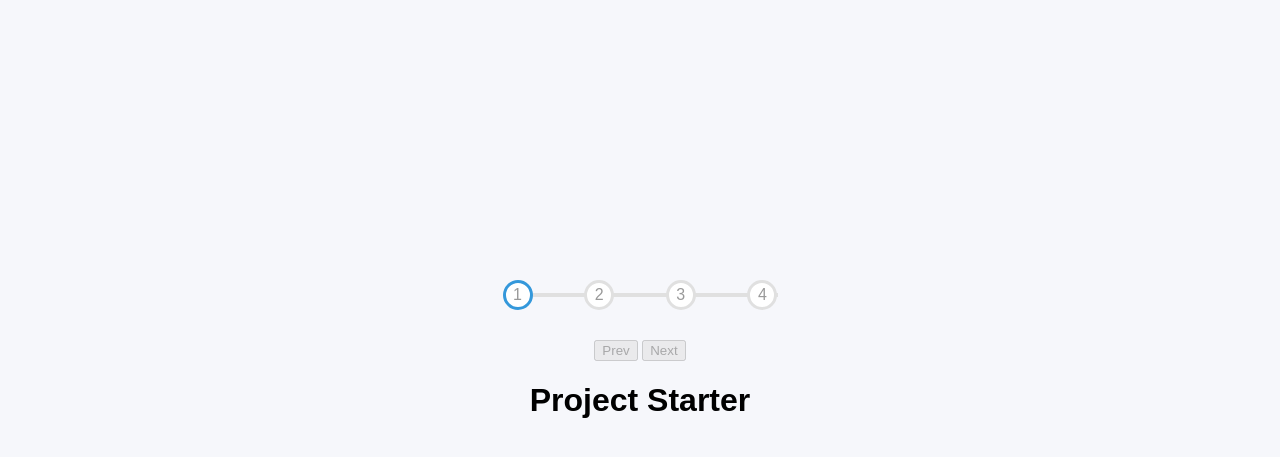
Repository: Williamlmachado/Progress-steps
Page: index.html
These files come from the project's save history. The page is drawn as it stood at one moment and after the next save; the edit follows.
The browser window is 1280 px wide. The pictures show the whole page.
Some web fonts or font styles are not loaded; a fallback is used.

Above is the page before, as saved 2021-08-11 10:08:50.
Console error: TypeError: Cannot read properties of null (reading 'addEventListener')

After the next save:
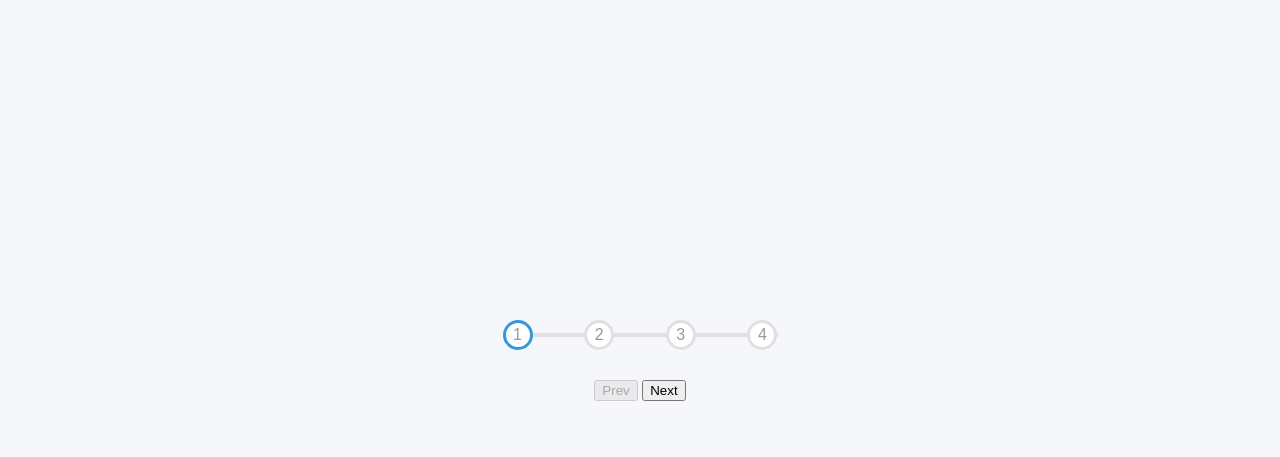
The error is gone.
Saved 31 s later.
--- a/index.html
+++ b/index.html
@@ -1,24 +1,24 @@
 <!DOCTYPE html>
 <html lang="en">
-    <head>
-        <meta charset="UTF-8">
-        <meta name="viewport" content="width=device=width, initial-scale=1.0"/>
-        <link rel="stylesheet" href="style.css"/>
-        <title>Progress Steps</title>
-    </head>
-    <body>
-        <div class="container">
-            <div class="progress-container">
-                <div class="progress" id="progress"></div>
-                <div class="circle active">1</div>
-                <div class="circle">2</div>
-                <div class="circle">3</div>
-                <div class="circle">4</div>
-            </div>
-            <button class="btn" id="prev" disabled>Prev</button>
-            <button class="btn" id="prev" disabled>Next</button>
-        </div>
-        <h1>Project Starter</h1>
-        <script src="script.js"></script>
-    </body>
+  <head>
+    <meta charset="UTF-8" />
+    <meta name="viewport" content="width=device-width, initial-scale=1.0" />
+    <link rel="stylesheet" href="style.css" />
+    <title>Progress Steps</title>
+  </head>
+  <body>
+    <div class="container">
+      <div class="progress-container">
+        <div class="progress" id="progress"></div>
+        <div class="circle active">1</div>
+        <div class="circle">2</div>
+        <div class="circle">3</div>
+        <div class="circle">4</div>
+      </div>
+
+      <button class="btn" id="prev" disabled>Prev</button>
+      <button class="btn" id="next">Next</button>
+    </div>
+    <script src="script.js"></script>
+  </body>
 </html>
